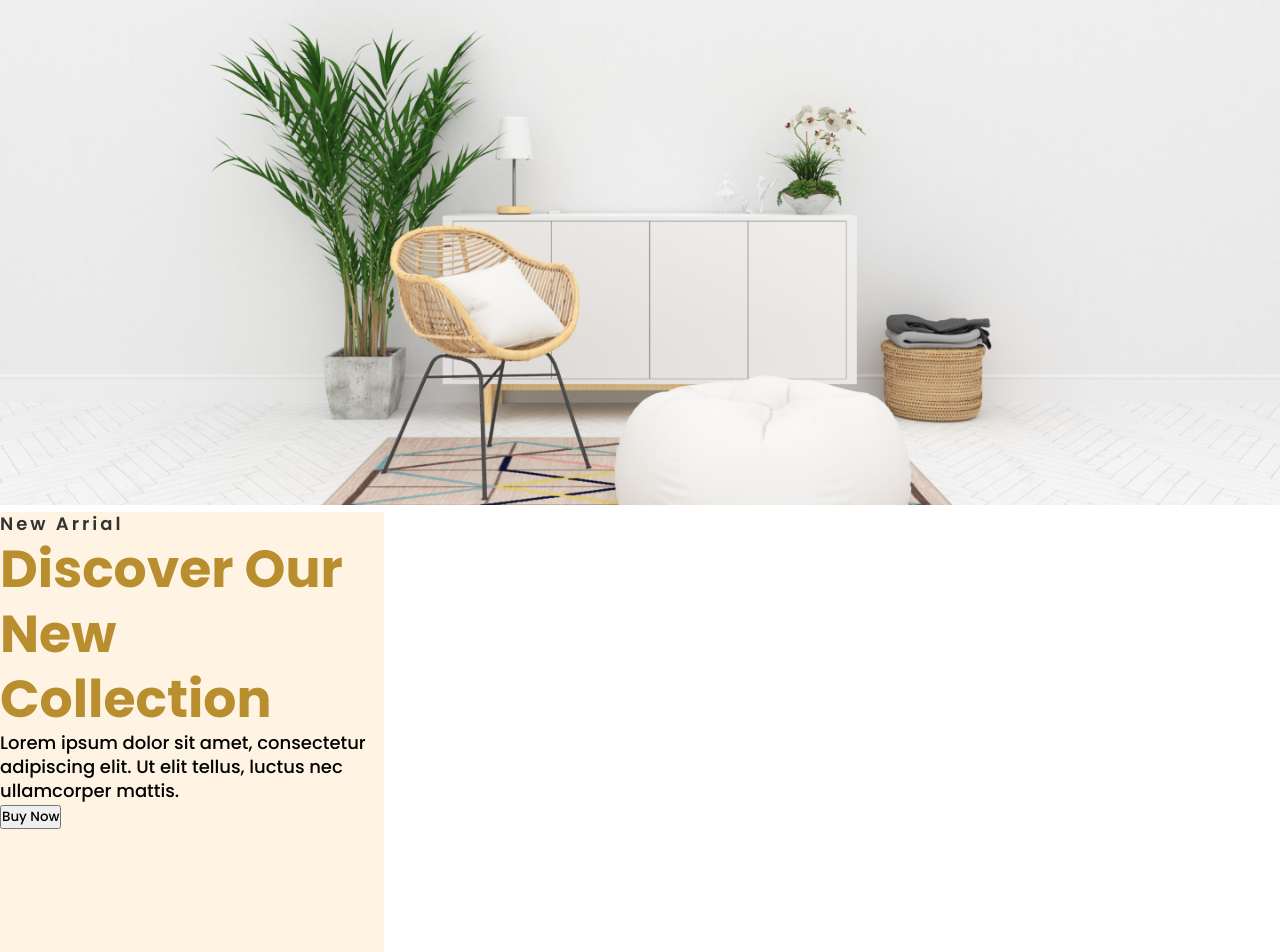
Repository: DT2301/project
Page: index.html
An editor plug-in stored every save of this project. The page is shown before and after the next save, followed by the edit.
The browser window is 1280 px wide. The pictures show the part of the page from y = 233 to 1185 px (the page is 1185 px tall).
A picture or video elsewhere on the page could not be fetched, so the positions and the page height are approximate.

Above is the page before, as saved 2024-01-07 10:14:33.

After the next save:
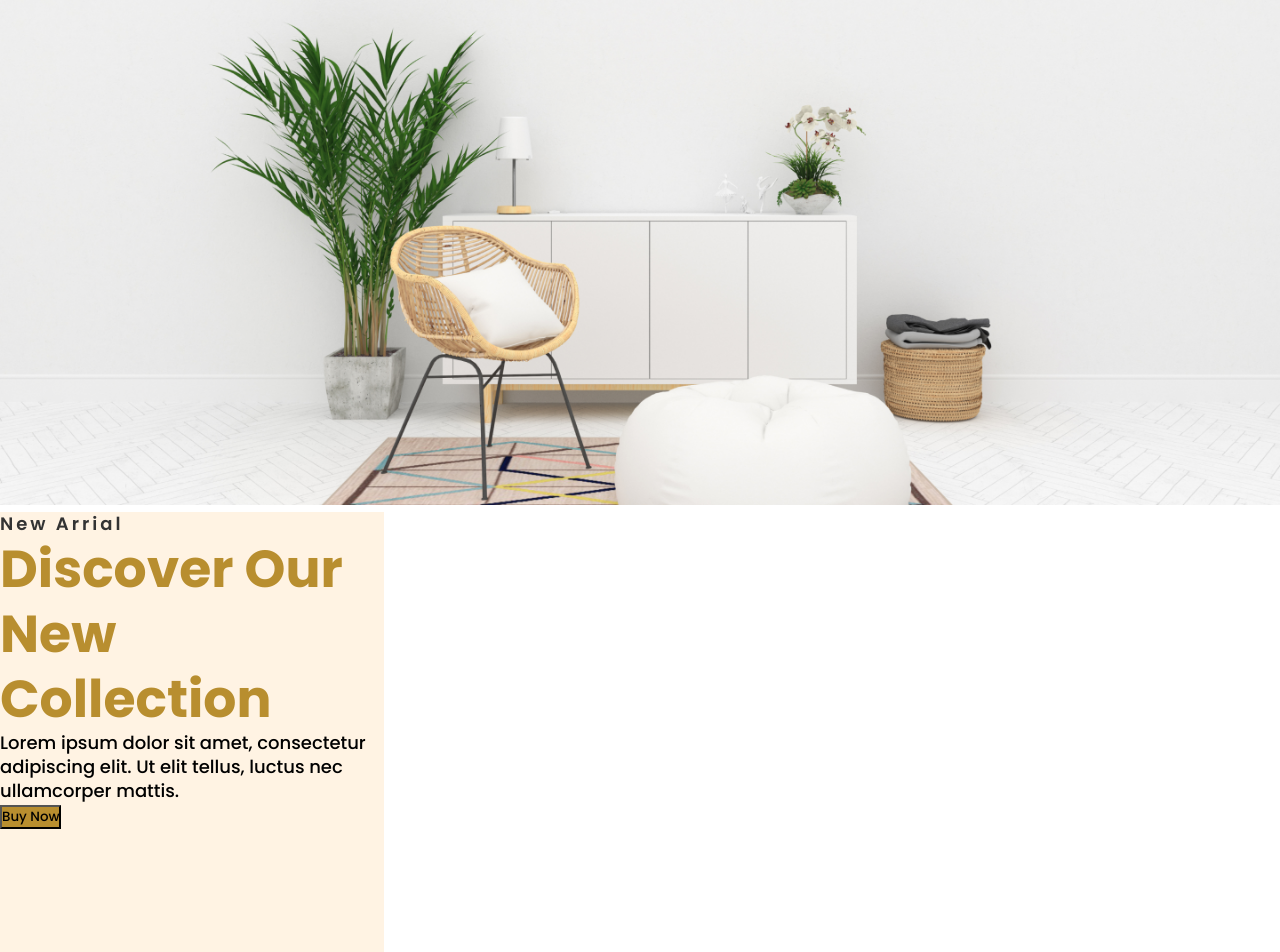
Saved 4 s later.
--- a/style.css
+++ b/style.css
@@ -77,5 +77,5 @@ ul {
 }
 
 .wrapper__btn{
-
+    background-color: #B88E2F    ;
 }
